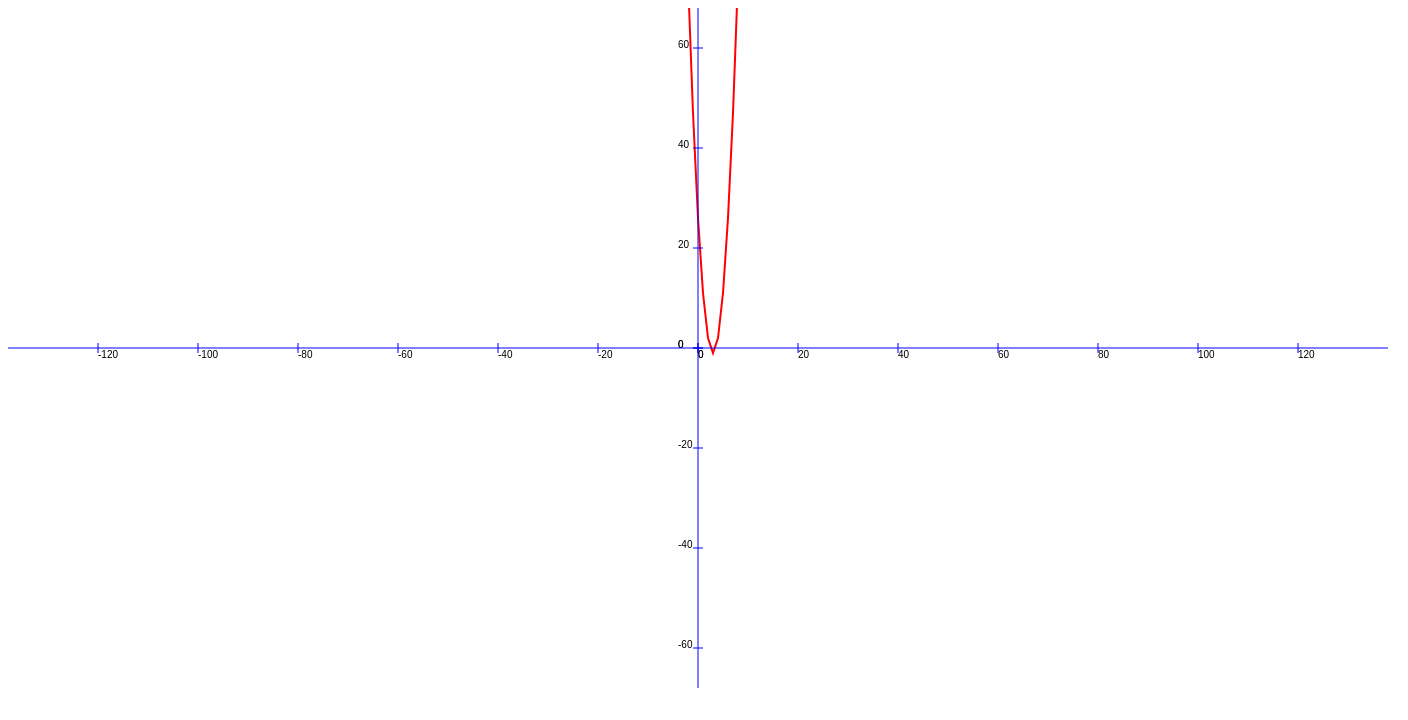
Repository: tclintaichung/book
Page: ex16/ex16_01/frame.html
The author's editor kept a copy of each file at every save. The page is drawn from the files as they stood at one save, then again after the next save.
The browser window is 1280 px wide. The page is 1408 px wide, so the pictures cover 1408 px, including what lies to the right of the window. The pictures show the whole page.

Above is the page before, as saved 2025-09-27 16:31:06.

After the next save:
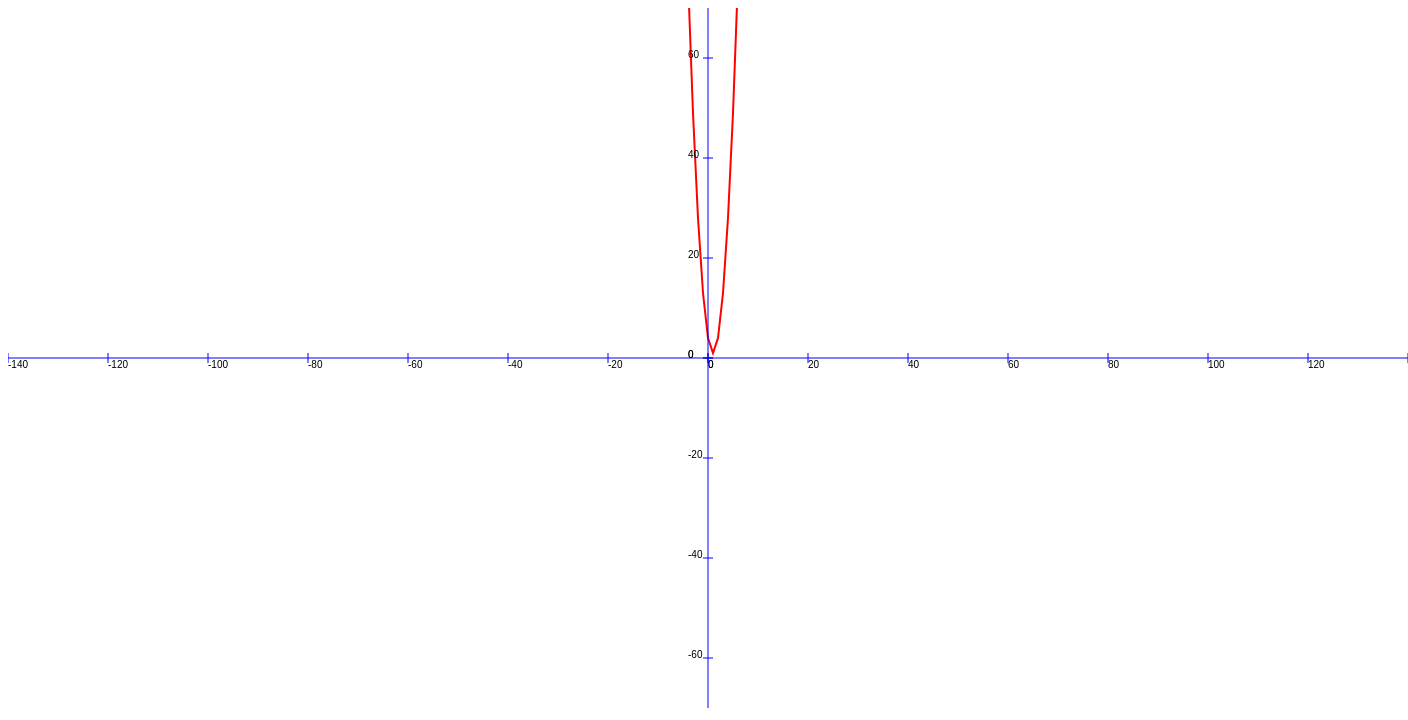
Saved 68 s later.
--- a/ex16/ex16_01/frame.html
+++ b/ex16/ex16_01/frame.html
@@ -22,7 +22,7 @@
 
         parabola(point_x, point_y);
         drawCurve(point_x, point_y, scale);
-        drawFrame(0, myCanvas.width - 20, 0, myCanvas.height - 20, scale);
+        drawFrame(0, myCanvas.width, 0, myCanvas.height, scale);
 
         function drawFrame(x_min, x_max, y_min, y_max, scale) {
             const center_x = (x_min + x_max) / 2;
